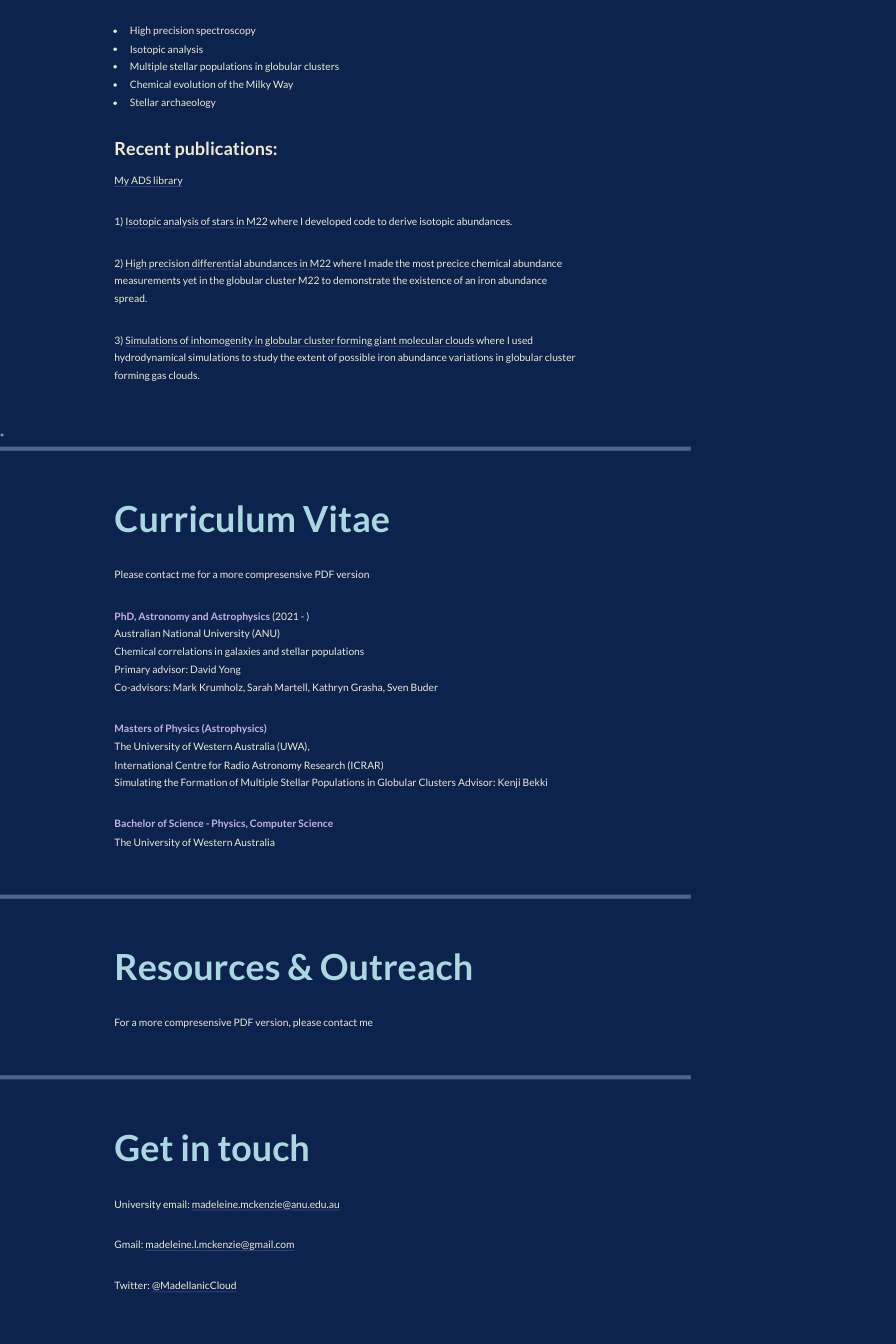
Repository: madeleine-mckenzie/madeleine-mckenzie.github.io
Page: index.html
The author's editor kept a copy of each file at every save. The page is drawn from the files as they stood at one save, then again after the next save.
The browser window is 1280 px wide. The pictures show the part of the page from y = 1230 to 3150 px (the page is 3337 px tall), at 70% of full size.
Backgrounds fixed to the window are drawn as part of the page.

Above is the page before, as saved 2023-11-12 16:25:53.

### index.html
<!DOCTYPE HTML>
<!--
    Read Only by HTML5 UP
    html5up.net | @ajlkn
    Free for personal and commercial use under the CCA 3.0 license (html5up.net/license)
-->
<html>
    <head>
        <title>M. McKenzie</title>
        <meta charset="utf-8" />
        <meta name="viewport" content="width=device-width, initial-scale=1, user-scalable=no" />
        <link rel="stylesheet" href="assets/css/main.css" />
        <style>
            /* Custom style */
            body {
                background: url('images/2023_ANU_3MT_20230727_ANU2022 3.jpg') no-repeat center center fixed;
                background-size: cover;
            }
        </style>
    </head>
    <body class="is-preload">

        <!-- Header -->
        <section id="header">
            <header>
                <!-- Avatar image next to name -->
                <span class="image avatar"><img src="images/IG_DP.jpeg" alt="Madeleine L. McKenzie" /></span>
                <h1>Madeleine L. McKenzie</h1>
                <p>PhD candidate at the Australian National University </p>
                <p> <a href="mailto:madeleine.mckenzie@anu.edu.au">madeleine.mckenzie@anu.edu.au</a></p>
            </header>
            <nav id="nav">
                <ul>
                    <li><a href="#one" class="active">About</a></li>
                    <li><a href="#two">My Research</a></li>
                    <li><a href="#three">CV</a></li>
                    <li><a href="#four">Resources</a></li>
                    <li><a href="#five">Contact</a></li>
                </ul>
            </nav>
        </section>

        <!-- Wrapper -->
        <div id="wrapper">

            <!-- Main -->
            <div id="main">

                <!-- One -->
                <section id="one">
                    <div class="image main" data-position="center">
                        <!-- Top banner image -->
                        <img src="images/2023_ANU_3MT_20230727_ANU2022.jpg" alt="" />
                    </div>
                    <div class="container">
                        <header class="major">
                            <h2>Hi!</h2>
                        </header>
                        <p>I'm Madeleine, an Australian astrophysicist interested in all things Milky Way. I was born and raised in Perth, Western Australia,
                            and completed my undergraduate degree and Masters of Astrophysics at the University of Western Australia and International Centre
                            for Radio Astronomy Research. My Masters thesis, titled <b>Simulating the Formation of Multiple Stellar Populations in Globular Clusters</b>, was supervised
                            by Professor Kenji Bekki. I am currently a <b>PhD candidate at the Australian National University</b>, supervised by Dr. David Yong and
                            Professor Mark Krumholz. I primarily work on high precision spectroscopy and isotopic analysis of globular clusters.
                            I am in my final year of my PhD and am currently applying for postdoc positions.
                        </p>
                    </div>
                </section>

                <!-- Two -->
                <section id="two">
                    <div class="container">
                        <header class="major">
                            <h2>My Research</h2>
                        </header>
                        <h3>My research interests include:</h3>
                        <p><ul>
                                <li>High precision spectroscopy</li>
                                <li>Isotopic analysis</li>
                                <li>Multiple stellar populations in globular clusters</li>
                                <li>Chemical evolution of the Milky Way</li>
                                <li>Stellar archaeology</li>
                            </ul>
                        <h3>Recent publications:</h3>
                        <p><a href="https://ui.adsabs.harvard.edu/user/libraries/K8q3Fv2nS-eG0YgK9U_ysw">My ADS library</a></p>

                        <p>1) <a href="https://ui.adsabs.harvard.edu/abs/2023MNRAS.tmp.2870M/abstract">Isotopic analysis of stars in M22</a> where I developed code to
                        derive isotopic abundances.</p>
                        <p>2) <a href="https://ui.adsabs.harvard.edu/abs/2022MNRAS.516.3515M/abstract">High precision differential abundances in M22</a> where I
                        made the most precice chemical abundance measurements yet in the globular cluster M22 to demonstrate the existence of an iron abundance spread.</p>
                        <p>3) <a href="https://ui.adsabs.harvard.edu/abs/2022MNRAS.516.3515M/abstract">Simulations of inhomogenity in globular cluster forming giant
                            molecular clouds </a> where I used hydrodynamical simulations to study the extent of possible iron abundance variations in
                             globular cluster forming gas clouds.</p>
                        </p>

                    </div>*
                </section>

                <!-- three -->
                <section id="three">
                    <div class="container">
                        <header class="major">
                            <h2>Curriculum Vitae</h2>
                        </header>
                        <p>Please contact me for a more compresensive PDF version</p>
                        <p><b>PhD, Astronomy and Astrophysics </b> (2021 - )<br />
                            Australian National University (ANU)<br />
                            Chemical correlations in galaxies and stellar populations<br />
                            Primary advisor: David Yong<br />
                            Co-advisors: Mark Krumholz, Sarah Martell, Kathryn Grasha, Sven Buder
                        </p>
                        <p> <b>Masters of Physics (Astrophysics)</b> <br />
                            The University of Western Australia (UWA),<br />
                            International Centre for Radio Astronomy Research (ICRAR)<br />
                            Simulating the Formation of Multiple Stellar Populations in Globular Clusters Advisor: Kenji Bekki
                        </p>
                        <p> <b>Bachelor of Science - Physics, Computer Science </b> <br />
                            The University of Western Australia</p>
                        </p>

                    </div>
                </section>

                 <!-- four -->
                 <section id="four">
                    <div class="container">
                        <header class="major">
                            <h2>Resources & Outreach</h2>
                        </header>
                        <p>For a more compresensive PDF version, please contact me</p>
                        <!-- Icons grid here -->
                    </div>
                </section>

                <!-- Three -->
                <section id="five">
                    <div class="container">
                        <header class="major">
                            <h2>Get in touch</h2>
                        </header>
                        <p>University email: <a href="mailto:madeleine.mckenzie@anu.edu.au">madeleine.mckenzie@anu.edu.au</a></p>
                        <p>Gmail: <a href="mailto:madeleine.l.mckenzie@gmail.com">madeleine.l.mckenzie@gmail.com</a></p>
                        <p>Twitter: <a href="https://twitter.com/MadellanicCloud" target="_blank">@MadellanicCloud</a></p>
                    </div>
                </section>

            </div>

            <!-- Footer -->
            <section id="footer">
                <div class="container">
                    <ul class="icons">
                        <!-- Social media icons here -->
                        <li><a href="#" class="icon brands fa-twitter"><span class="label">Twitter</span></a></li>
                        <li><a href="#" class="icon brands fa-facebook-f"><span class="label">Facebook</span></a></li>
                        <li><a href="#" class="icon brands fa-instagram"><span class="label">Instagram</span></a></li>
                        <li><a href="#" class="icon brands fa-github"><span class="label">Github</span></a></li>
                        <li><a href="#" class="icon solid fa-envelope"><span class="label">Email</span></a></li>
                    </ul>
                    <ul class="copyright">
                        <li>&copy; M. McKenzie</li>
                        <li>Design: <a href="http://html5up.net">HTML5 UP</a></li>
                    </ul>
                </div>
            </section>

        </div>

        <!-- Scripts -->
        <script src="assets/js/jquery.min.js"></script>
        <script src="assets/js/jquery.scrollex.min.js"></script>
        <script src="assets/js/jquery.scrolly.min.js"></script>
        <script src="assets/js/browser.min.js"></script>
        <script src="assets/js/breakpoints.min.js"></script>
        <script src="assets/js/util.js"></script>
        <script src="assets/js/main.js"></script>

    </body>
</html>

Loaded but not shown: assets/css/fontawesome-all.min.css (library); assets/js/jquery.min.js (library); assets/js/jquery.scrollex.min.js (common file); assets/js/jquery.scrolly.min.js (common file); assets/js/browser.min.js (common file); assets/js/breakpoints.min.js (common file); assets/js/util.js (587 lines, source omitted); assets/js/main.js (159 lines, source omitted); assets/css/main.css (3340 lines, source omitted)

After the next save:
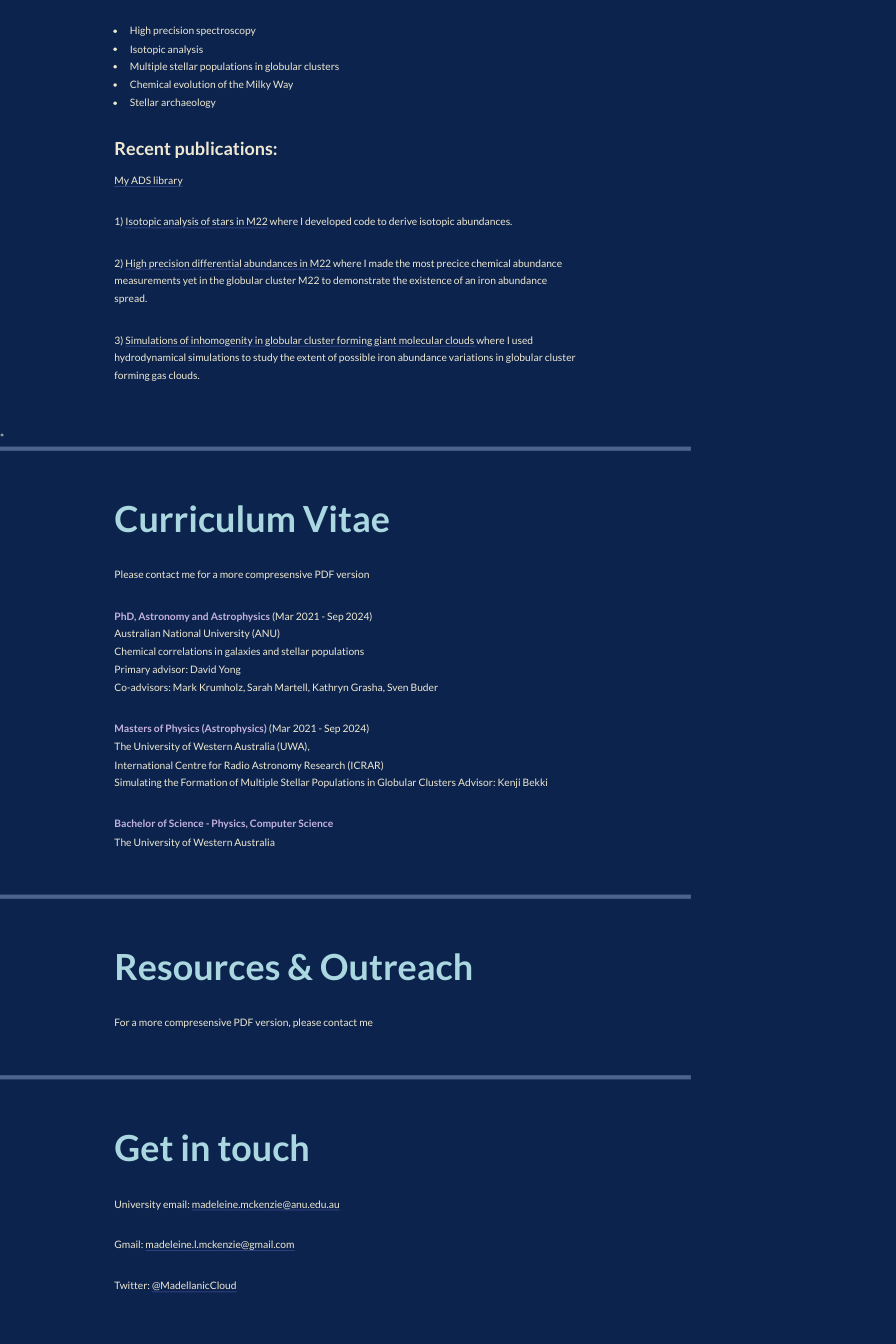
Saved 18 s later.
--- a/index.html
+++ b/index.html
@@ -102,13 +102,13 @@
                             <h2>Curriculum Vitae</h2>
                         </header>
                         <p>Please contact me for a more compresensive PDF version</p>
-                        <p><b>PhD, Astronomy and Astrophysics </b> (2021 - )<br />
+                        <p><b>PhD, Astronomy and Astrophysics </b> (Mar 2021 - Sep 2024)<br />
                             Australian National University (ANU)<br />
                             Chemical correlations in galaxies and stellar populations<br />
                             Primary advisor: David Yong<br />
                             Co-advisors: Mark Krumholz, Sarah Martell, Kathryn Grasha, Sven Buder
                         </p>
-                        <p> <b>Masters of Physics (Astrophysics)</b> <br />
+                        <p> <b>Masters of Physics (Astrophysics)</b> (Mar 2021 - Sep 2024)<br />
                             The University of Western Australia (UWA),<br />
                             International Centre for Radio Astronomy Research (ICRAR)<br />
                             Simulating the Formation of Multiple Stellar Populations in Globular Clusters Advisor: Kenji Bekki
